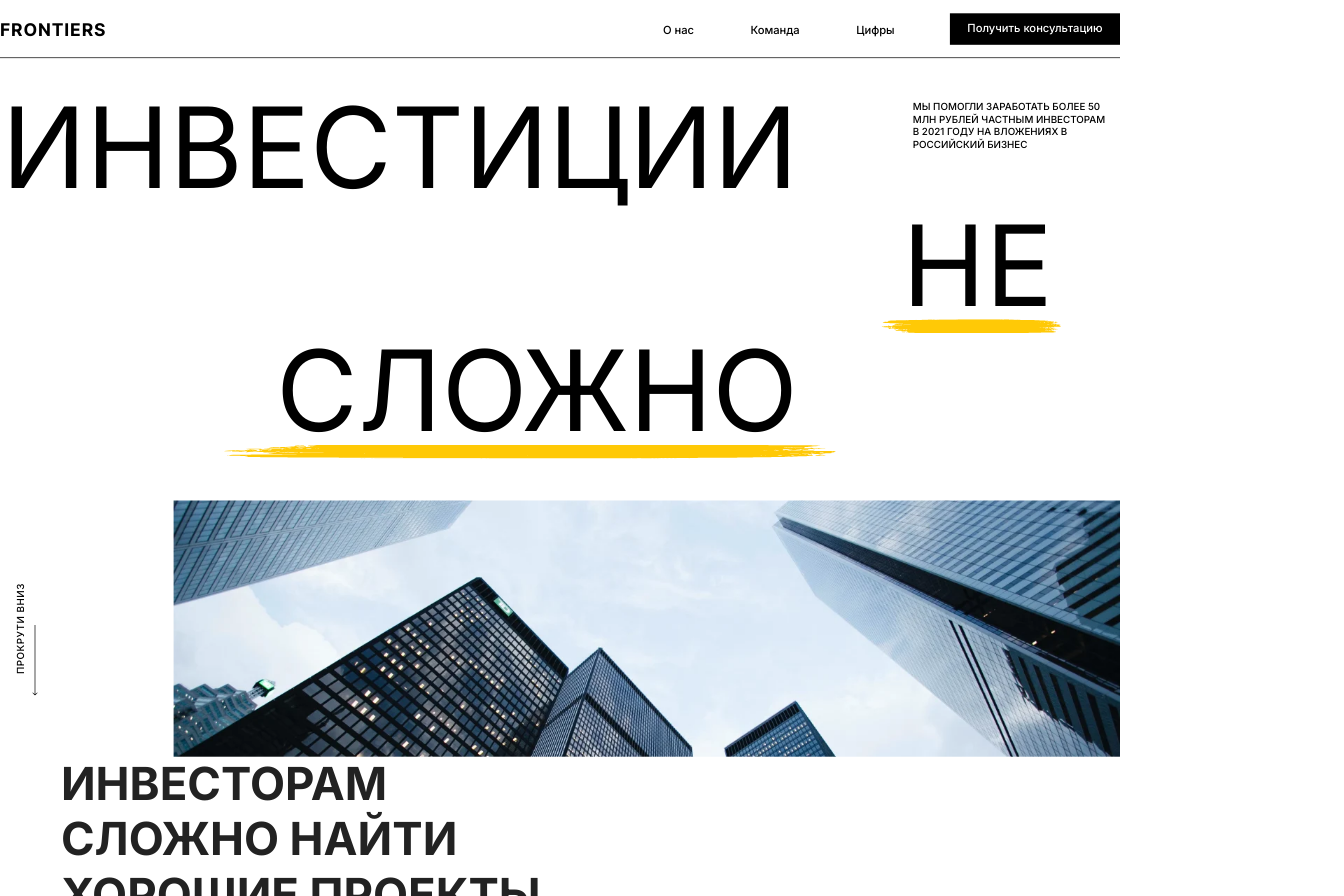
Repository: NadyaKorvin/frontiers
Page: /
The author's editor kept a copy of each file at every save. The page is drawn from the files as they stood at one save, then again after the next save.
The browser window is 1280 px wide. The page is 1920 px wide, so the pictures cover 1920 px, including what lies to the right of the window. The pictures show the part of the page from y = 0 to 1280 px (the page is 2633 px tall), at 70% of full size.
The project was rebuilt for these pictures with package versions that can differ from the ones it lists, and the page was loaded fresh each time.

Above is the page before, as saved 2022-05-26 17:46:18.

### public/index.html
<!DOCTYPE html>
<html lang="en">
  <head>
    <meta charset="utf-8" />
    <link rel="icon" href="%PUBLIC_URL%/favicon.ico" />
    <meta name="viewport" content="width=device-width, initial-scale=1" />
    <meta name="theme-color" content="#000000" />
    <meta name="description" content="Web site created using create-react-app" />
    <link rel="apple-touch-icon" href="%PUBLIC_URL%/logo192.png" />
    <link rel="manifest" href="%PUBLIC_URL%/manifest.json" />
    <link rel="preconnect" href="https://fonts.googleapis.com" />
    <link rel="preconnect" href="https://fonts.gstatic.com" crossorigin />
    <link href="https://fonts.googleapis.com/css2?family=Inter:wght@300;400;500;700&display=swap" rel="stylesheet" />
    <title>FRONTIERS</title>
  </head>
  <body>
    <noscript>You need to enable JavaScript to run this app.</noscript>
    <div id="root"></div>
  </body>
</html>

### src/index.js
import React from "react"
import ReactDOM from "react-dom/client"

import App from "./App"

const root = ReactDOM.createRoot(document.getElementById("root"))
root.render(
  <React.StrictMode>
    <App />
  </React.StrictMode>
)

### src/App.js
import { useState } from "react";
import "./App.css";
import { SecondScreenAnimation } from "./components/secondScreen/SecondScreenAnimation";
import FirstScreen from "./components/firstScreen/FirstScreen";
import LastScreen from "./components/lastScreen/LastScreen";

function App() {
  const [mousePosition, setMousePosition] = useState("");

  const listenUpperMousePosition = (event) => {
    console.log(event);
    console.log(event.target);
    setMousePosition(event.target);
  };

  return (
    <>
      <FirstScreen />
      <div className="App">
        <SecondScreenAnimation listenMousePosition={listenUpperMousePosition} />
      </div>
      <LastScreen />
    </>
  );
}
export default App;

### src/App.css
@import url("./reset.css");
@import url("./components/secondScreen/SecondScreen.css");
@import url("./font/font.css");
@import url("./components/firstScreen/FirstScreen.css");
@import url("./components/lastScreen/LastScreen.css");
@import url("./components/button/Button.css");
@import url("./components/form/Form.css");

body {
  font-family: "Inter";
}

### src/components/secondScreen/SecondScreenAnimation.js
export function SecondScreenAnimation({ listenMousePosition, mousePosition }) {
  let goUp = ""
  const goUpBlackLines = (mousePosition) => {
    if (mousePosition === "animation__text_first_part") {
      goUp = "up"
      return goUp
    }
  }
  goUpBlackLines(mousePosition)
  console.log(goUp)
  return (
    <div className="animation__text_block">
      {goUp != "up" ? (
        <div>
          <div className="animation__text" onMouseOver={listenMousePosition}>
            <p className="animation__text_first_part">Инвесторам сложно найти хорошие проекты,</p>
            <p className="animation__text_second_part">а хорошим проектам — инвестиции.</p>
          </div>
          <div className="animation__black_lines">
            <div className="animation__1th_black_line"></div>
            <div className="animation__2th_black_line"></div>
            <div className="animation__3th_black_line"></div>
          </div>
        </div>
      ) : (
        <div>
          <div className="animation__text" onMouseOver={listenMousePosition}>
            <p className="animation__text_first_part" style={{ color: "#fff" }}>
              Инвесторам сложно найти хорошие проекты,
            </p>
            <p className="animation__text_second_part" style={{ color: "#000" }}>
              а хорошим проектам — инвестиции.
            </p>
          </div>
          <div className="animation__black_lines">
            <div className="animation__1th_black_line" style={{ width: "484px", marginTop: "-475px" }}></div>
            <div className="animation__2th_black_line" style={{ width: "586px" }}></div>
            <div className="animation__3th_black_line" style={{ width: "722px" }}></div>
          </div>
        </div>
      )}
    </div>
  )
}

### src/components/firstScreen/FirstScreen.js
import React from "react";
import image from "./image.webp";

export default function firstScreen() {
  const pointer = (
    <svg
      width="8"
      height="101"
      viewBox="0 0 8 101"
      fill="none"
      xmlns="http://www.w3.org/2000/svg"
    >
      <path
        d="M4.35355 100.356C4.15829 100.551 3.84171 100.551 3.64645 100.356L0.464466 97.1735C0.269204 96.9783 0.269204 96.6617 0.464466 96.4664C0.659728 96.2712 0.976311 96.2712 1.17157 96.4664L4 99.2948L6.82843 96.4664C7.02369 96.2712 7.34027 96.2712 7.53553 96.4664C7.7308 96.6617 7.7308 96.9783 7.53553 97.1735L4.35355 100.356ZM3.5 100.002L3.5 0.00195312H4.5L4.5 100.002H3.5Z"
        fill="black"
      />
    </svg>
  );

  return (
    <>
      <section className="firstscreen">
        <header className="firstscreen__header">
          <div className="firstscreen__logotype">FRONTIERS</div>
          <div className="firstscreen__menu">
            <div className="firstscreen__nav">
              <nav className="firstscreen__nav_team">
                <ul>О нас</ul>
                <ul>Команда</ul>
                <ul>Цифры</ul>
              </nav>
            </div>
            <div className="firstscreen__button">
              <p className="firstscreen__text_btn">Получить консультацию</p>
            </div>
          </div>
        </header>
        <div className="firstscreen__content">
          <div className="firstscreen__content_left_text">
            <p>ИНВЕСТИЦИИ</p>
            <div>
              <p>СЛОЖНО</p>
              <div className="firstscreen__content_vector_complex" />
            </div>
          </div>
          <div className="firstscreen__content_rihgt_text">
            <div className="firstscreen__content_rihgt_text_up">
              <p>
                Мы помогли заработать более 50 млн рублей частным инвесторам в
                2021 году на вложениях в российский бизнес
              </p>
            </div>
            <div className="firstscreen__content_rihgt_text_down">
              <p>НЕ</p>
              <div className="firstscreen__content_vector_not" />
            </div>
          </div>
        </div>
        <div className="firstscreen__content_bottom_content">
          <div className="firstscreen__content_bottom_content_left">
            <div className="firstscreen__content_bottom_content_left_scrolldown">
              <p>ПРОКРУТИ ВНИЗ</p>
            </div>
            <div className="firstscreen__content_pointer">{pointer}</div>
          </div>
          <div className="firstscreen__content_bottom_content_right">
            <img src={image} alt="" className="firstscreen__img" />
          </div>
        </div>
      </section>
    </>
  );
}

### src/components/lastScreen/LastScreen.js
import React from "react";
import Form from "../form/Form"
import LogoKojo from "./LogoKojo"

export default function LastScreen() {
  return (
    <>
      <section className="lastscreen">
        <div className="lastscreen__wrapper">
          <div className="lastscreen__left_content">
            <p>
              ОТПРАВЬТЕ НАМ ЗАЯВКУ НА КОНСУЛЬТАЦИЮ И МЫ ПОДБЕРЕМ ДЛЯ ВАС
              НАИБОЛЕЕ ПОДХОДЯЩУЮ СТРАТЕГИЮ
            </p>
          </div>
          <div className="lastscreen__right_content">
            <div className="lastscreen__text_form">
              <p>ЗАПОЛНИТЕ ФОРМУ И МЫ С ВАМИ СВЯЖЕМСЯ В БЛИЖАЙШЕЕ ВРЕМЯ</p>
            </div>
            <Form />
          </div>
        </div>
        <footer className="lastscreen__footer">
          <div className="lastscreen__contact">
            <p>КОНТАКТЫ</p>
            <p>Санкт-Петербург, Невский пр-кт, 71 (5 этаж)</p>
            <p>+7 000 987 6543</p>
            <p><a href="mailto:info@frontiers.ru" >info@frontiers.ru</a></p>
          </div>
          <div className="lastscreen__design">
            <p>Дизайн и разработка</p>
            <LogoKojo />
          </div>
          <div className="lastscreen__frontiers">
            <p>FRONTIERS</p>
            <p>Политика конфиденциальности</p>
            <p>© 2022 Frontiers Group</p>
          </div>
        </footer>
      </section>
    </>
  );
}

### src/reset.css
html,
body,
div,
span,
applet,
object,
iframe,
h1,
h2,
h3,
h4,
h5,
h6,
p,
blockquote,
pre,
a,
abbr,
acronym,
address,
big,
cite,
code,
del,
dfn,
em,
img,
ins,
kbd,
q,
s,
samp,
small,
strike,
strong,
sub,
sup,
tt,
var,
b,
u,
i,
center,
dl,
dt,
dd,
ol,
ul,
li,
fieldset,
form,
label,
legend,
table,
caption,
tbody,
tfoot,
thead,
tr,
th,
td,
article,
aside,
canvas,
details,
embed,
figure,
figcaption,
footer,
header,
hgroup,
menu,
nav,
output,
ruby,
section,
summary,
time,
mark,
audio,
video {
  margin: 0;
  padding: 0;
  border: 0;
  font-size: 100%;
  font: inherit;
  vertical-align: baseline;
}

:focus {
  outline: 0;
}

article,
aside,
details,
figcaption,
figure,
footer,
header,
hgroup,
menu,
nav,
section {
  display: block;
}

body {
  line-height: 1;
}

ol,
ul {
  list-style: none;
}

blockquote,
q {
  quotes: none;
}

blockquote:before,
blockquote:after,
q:before,
q:after {
  content: "";
  content: none;
}

table {
  border-collapse: collapse;
  border-spacing: 0;
}

input[type="search"]::-webkit-search-cancel-button,
input[type="search"]::-webkit-search-decoration,
input[type="search"]::-webkit-search-results-button,
input[type="search"]::-webkit-search-results-decoration {
  -webkit-appearance: none;
  -moz-appearance: none;
}

input[type="search"] {
  -webkit-appearance: none;
  -moz-appearance: none;
  -webkit-box-sizing: content-box;
  -moz-box-sizing: content-box;
  box-sizing: content-box;
}

textarea {
  overflow: auto;
  vertical-align: top;
  resize: vertical;
}

[hidden] {
  display: none;
}

html {
  font-size: 100%; /* 1 */
  -webkit-text-size-adjust: 100%; /* 2 */
  -ms-text-size-adjust: 100%; /* 2 */
}

a:focus {
  outline: thin dotted;
}

a:active,
a:hover {
  outline: 0;
}

img {
  border: 0;
  -ms-interpolation-mode: bicubic;
}

figure {
  margin: 0;
}

form {
  margin: 0;
}

fieldset {
  border: 1px solid #c0c0c0;
  margin: 0 2px;
  padding: 0.35em 0.625em 0.75em;
}

legend {
  border: 0; /* 1 */
  padding: 0;
  white-space: normal; /* 2 */
  *margin-left: -7px; /* 3 */
}

button,
input,
select,
textarea {
  font-size: 100%; /* 1 */
  margin: 0; /* 2 */
  vertical-align: baseline; /* 3 */
  *vertical-align: middle; /* 3 */
}

button,
input {
  line-height: normal;
}

button,
select {
  text-transform: none;
}

button,
html input[type="button"], /* 1 */
input[type="reset"],
input[type="submit"] {
  -webkit-appearance: button; /* 2 */
  cursor: pointer; /* 3 */
  *overflow: visible; /* 4 */
}

button[disabled],
html input[disabled] {
  cursor: default;
}

input[type="checkbox"],
input[type="radio"] {
  box-sizing: border-box; /* 1 */
  padding: 0; /* 2 */
  *height: 13px; /* 3 */
  *width: 13px; /* 3 */
}

input[type="search"] {
  -webkit-appearance: textfield; /* 1 */
  -moz-box-sizing: content-box;
  -webkit-box-sizing: content-box; /* 2 */
  box-sizing: content-box;
}

input[type="search"]::-webkit-search-cancel-button,
input[type="search"]::-webkit-search-decoration {
  -webkit-appearance: none;
}

button::-moz-focus-inner,
input::-moz-focus-inner {
  border: 0;
  padding: 0;
}

textarea {
  overflow: auto; /* 1 */
  vertical-align: top; /* 2 */
}

table {
  border-collapse: collapse;
  border-spacing: 0;
}

html,
button,
input,
select,
textarea {
  color: #222;
}

::-moz-selection {
  background: #b3d4fc;
  text-shadow: none;
}

::selection {
  background: #b3d4fc;
  text-shadow: none;
}

img {
  vertical-align: middle;
}

fieldset {
  border: 0;
  margin: 0;
  padding: 0;
}

textarea {
  resize: vertical;
}

.chromeframe {
  margin: 0.2em 0;
  background: #ccc;
  color: #000;
  padding: 0.2em 0;
}

### src/components/secondScreen/SecondScreen.css
.second__screen {
  display: flex;
  justify-content: space-between;
  margin: 0 auto;
  margin-top: 174px;
  /* придкмать решение сделать по центру*/
  display: flex;
  width: 1600px;
  height: 733px;
}

.animation__text_block {
  display: block;
  margin-left: 87px;
}

.animation__text_first_part,
.animation__text_second_part {
  width: 770px;
  text-transform: uppercase;
  font-size: 65px;
  font-weight: 700;
  line-height: 79px;
  transition: 0.6s ease-out;
}

.animation__text_second_part {
  color: #fff;
}

.animation__black_lines {
  margin-left: -10px;
  margin-top: -236px;
}

.animation__1th_black_line {
  margin-bottom: 5px;
  height: 75px;
  width: 444px;
  background-color: #000;
  transition: 0.6s ease-out;
}

.animation__2th_black_line {
  margin-bottom: 5px;
  height: 75px;
  width: 475px;
  background-color: #000;
  transition: 0.6s ease-out;
}
.animation__3th_black_line {
  height: 75px;
  width: 502px;
  background-color: #000;
  transition: 0.6s ease-out;
}

.right__part {
  display: flex;
  margin-left: 190px;
  flex-direction: column;
}

.conversation__image {
  margin-right: 222px;
  display: block;
  width: 400px;
  height: 400px;
  background: url("../secondScreen/people.png");
}

.decoration_marks {
  margin-top: -110px;
  transform: rotate(-180deg);
  font-size: 200px;
  font-weight: 300;
}

.text_paragraph {
  margin-left: 90px;
  width: 431px;
  font-size: 18px;
  font-weight: 400;
  line-height: 23px;
  text-transform: uppercase;
  line-height: 130%;
}

### src/font/font.css
@font-face {
  font-family: "Inter";
  src:
    url("./Inter-Bold.ttf") format("truetype")
    url("./Inter-Bold.woff2") format("woff2"),
    url("./Inter-Bold.woff") format("woff");
  font-weight: 700;
  font-style: normal;
  font-stretch: normal;
  unicode-range: U+0020-E0D0;
}

@font-face {
  font-family: "Inter";
  src:
    url("./Inter-Regular.woff2") format("woff2"),
    url("./Inter-Regular.ttf") format("truetype")
    url("./Inter-Regular.woff") format("woff");
  font-weight: 400;
  font-style: normal;
  font-stretch: normal;
  unicode-range: U+0020-E0D0;
}

@font-face {
    font-family:'Inter Medium';
    src:
        url("./Inter-Medium.ttf") format("truetype")
        url('Inter-Medium.woff2') format('woff2'),
		url('Inter-Medium.woff') format('woff');
    font-weight: 500;
    font-style: normal;
    font-stretch: normal;
    unicode-range: U+0020-E0D0;
}

@font-face {
    font-family:'Inter Light';
    src:
        url("./Inter-Light.ttf") format("truetype")
        url('Inter-Light.woff2') format('woff2'),
		url('Inter-Light.woff') format('woff');
    font-weight: 300;
    font-style: normal;
    font-stretch: normal;
    unicode-range: U+0020-E0D0;
}

### src/components/firstScreen/FirstScreen.css
.firstscreen {
  height: 1080px;
}

.firstscreen__header {
  width: 1600px;
  height: 82px;
  margin: 0 auto;
  border-bottom: 1px solid #000000;
  display: flex;
  justify-content: space-between;
}

.firstscreen__logotype {
  width: 151px;
  height: 30px;
  padding-top: 27px;
  font-family: "Inter";
  font-style: normal;
  font-weight: 700;
  font-size: 25px;
  line-height: 30px;
  letter-spacing: 0.05em;
  color: #000000;
}

.firstscreen__menu {
  width: 653px;
  display: flex;
  justify-content: space-between;
}

.firstscreen__nav {
  margin-top: 33px;
  width: 331px;
}

.firstscreen__nav_team {
  display: flex;
  justify-content: space-between;
  font-family: "Inter";
  font-style: normal;
  font-weight: 500;
  font-size: 16px;
  line-height: 19px;
  color: #000000;
}

.firstscreen__button {
  margin-top: 19px;
  width: 243px;
  height: 45px;
  background: #000000;
}

.firstscreen__text_btn {
  padding-top: 12px;
  padding-bottom: 12px;
  font-family: "Inter";
  font-style: normal;
  font-weight: 500;
  font-size: 16px;
  line-height: 19px;
  text-align: center;
  color: #ffffff;
}

.firstscreen__content {
  margin: 0 auto;
  width: 1600px;
  margin-top: 30px;
  display: flex;
}

.firstscreen__content_left_text {
  width: 1140px;
  height: 542px;
  display: flex;
  flex-direction: column;
  justify-content: space-between;
  text-align: end;
  font-family: "Inter";
  font-style: normal;
  font-weight: 400;
  font-size: 160px;
  line-height: 194px;
  text-transform: uppercase;
  color: #000000;
}

.firstscreen__content_vector_complex {
  margin-top: -20px;
  margin-left: 320px;
  width: 874px;
  height: 20px;
  background: url("./complex.svg");
}

.firstscreen__content_rihgt_text {
  margin-top: 30px;
  margin-left: 164px;
  width: 279px;
  height: 332px;
}

.firstscreen__content_rihgt_text_up {
  font-family: "Inter";
  font-style: normal;
  font-weight: 500;
  font-size: 14px;
  line-height: 130%;
  text-transform: uppercase;
  color: #000000;
}

.firstscreen__content_rihgt_text_down {
  margin-top: 66px;
  margin-left: -15px;
  width: 215px;
  height: 194px;
  font-family: "Inter";
  font-style: normal;
  font-weight: 400;
  font-size: 160px;
  line-height: 194px;
  text-transform: uppercase;
  color: #000000;
}

.firstscreen__content_vector_not {
  margin-top: -20px;
  margin-left: -30px;
  width: 256px;
  height: 20px;
  background: url(./not.svg);
}

.firstscreen__content_bottom_content {
  margin: 0 auto;
  margin-top: 60px;
  width: 1600px;
  display: flex;
  justify-content: space-between;
}

.firstscreen__content_bottom_content_left {
  display: flex;
}

.firstscreen__content_bottom_content_left_scrolldown {
  margin-left: 139px;
  font-family: "Inter";
  font-style: normal;
  font-weight: 500;
  font-size: 14px;
  line-height: 17px;
  letter-spacing: 0.05em;
  color: #000000;
  transform: rotate(-90deg);
}

.firstscreen__content_pointer {
  margin-top: 178px;
  margin-left: -223px;
}

.firstscreen__content_bottom_content_right {
  max-width: 1352px;
  max-height: 366px;
}

.firstscreen__img {
  background: url();
}

### src/components/lastScreen/LastScreen.css
.lastscreen {
  width: 1920px;
  height: 1080px;
}

.lastscreen__wrapper {
  position: relative;
  top: 109px;
  left: 170px;
  display: flex;
  justify-content: space-between;
  width: 1590px;
  height: 553px;
}

.lastscreen__left_content {
  position: relative;
  width: 775px;
  height: 553px;
  box-sizing: border-box;
  font-family: "Inter";
  font-style: normal;
  font-weight: 700;
  font-size: 65px;
  line-height: 79px;
  text-transform: uppercase;
  color: #000000;
}

.lastscreen__right_content {
  position: relative;
  width: 529px;
  height: 553px;
}

.lastscreen__text_form {
  width: 529px;
  height: 46px;
  left: 1231px;
  top: 4438px;
  font-family: "Inter";
  font-style: normal;
  font-weight: 400;
  font-size: 18px;
  line-height: 130%;
  text-transform: uppercase;
  color: #000000;
}

.lastscreen__footer {
  position: relative;
  margin: 308px 160px 0;
  width: 1600px;
  border-top: 1px solid #000000;
  bottom: 0px;
  display: flex;
  justify-content: space-between;
}

.lastscreen__contact {
  width: 357px;
}

.lastscreen__contact > p:nth-child(1) {
  padding: 33px 0 20px;
  font-family: "Inter";
  font-style: normal;
  font-weight: 700;
  font-size: 25px;
  line-height: 30px;
  color: #000000;
}

.contact > p:nth-child(2),
.contact > p:nth-child(3),
.contact > p:nth-child(4) {
  padding-bottom: 15px;
}

.design {
  padding-top: 150px;
  width: 260px;
  display: flex;
  margin-left: -80px;
  justify-content: space-between;
}

.frontiers {
  width: 250px;
  text-align: end;
}

.lastscreen__frontiers > p:nth-child(1) {
    padding: 30px 0 57px;
    font-family: "Inter";
    font-style: normal;
    font-weight: 700;
    font-size: 25px;
    line-height: 30px;
    color: #000000;
  }

.lastscreen__frontiers > p:nth-child(2),
.lastscreen__frontiers > p:nth-child(3) {
    padding-bottom: 15px;
}

a {
    text-decoration: none;
    color: #000000;
}

### src/components/button/Button.css
.form__button {
  position: relative;
  display: block;
  width: 243px;
  height: 55px;
  font-family: "Inter";
  font-size: 16px;
  background-color: #000000;
  border: 0;
  text-align: center;
  cursor: pointer;
  font-family: "Inter";
  font-style: normal;
  font-weight: 500;
  font-size: 16px;
  line-height: 19px;
  color: #ffffff;
}

### src/components/form/Form.css
.form {
  margin-top: 60px;
  width: 529px;
  height: 355px;
  border-top: 1px solid #d1d1d1;
}

.form__input,
.form__textarea {
  width: 529px;
  height: 80px;
  border: 0;
  outline: none;
  font-size: 18px;
  color: #000000;
  text-transform: uppercase;
}

.form__textarea {
  height: 80px;
  line-height: 80px;
  overflow: hidden;
  /* resize: none; */
}

.form__borders {
  border-bottom: 1px solid #d1d1d1;
}

.form__consent {
  display: -webkit-box;
  display: -ms-flexbox;
  display: flex;
  margin: 30px 0 0;
}

.form__policy_text {
  margin-top: 15px;
  margin-left: 15px;
  width: 250px;
  height: 40px;
  box-sizing: border-box;
  font-family: "Inter";
  font-style: normal;
  font-weight: 400;
  font-size: 13px;
  line-height: 150%;
  color: #787878;
}

.form__checkbox {
  opacity: 0;
  width: 0;
}

.form__checkfake {
  margin: 15px 0;
  display: block;
  width: 15px;
  height: 15px;
  border: 1px solid #1f1f1f;
  cursor: pointer;
}

.form__checkfake::before {
  content: "";
  position: absolute;
  display: block;
  width: 14px;
  height: 14px;
  background: url("./checkmark.svg");
  opacity: 0;
}

.form__checkbox:checked + .form__checkfake::before {
  opacity: 1;
}

.form__focus {
  text-transform: uppercase;
  color: #ff0000;
  margin-bottom: 10px;
  font-size: 13px;
}

.form__focus_consent {
  position: relative;
  top: 10px;
  text-transform: uppercase;
  color: #ff0000;
  font-size: 13px;
}

.form__btn {
    margin-top: 14px;
  position: relative;
  overflow: hidden;
}

### src/components/button/Button.js
import React from "react";

export default function Button({ title }) {
  return (
    <>
      <button className="form__button" >
        {title}
      </button>
    </>
  );
}

Loaded but not shown: src/components/lastScreen/LogoKojo.js (76 lines, source omitted); src/components/form/Form.js (142 lines, source omitted)

After the next save:
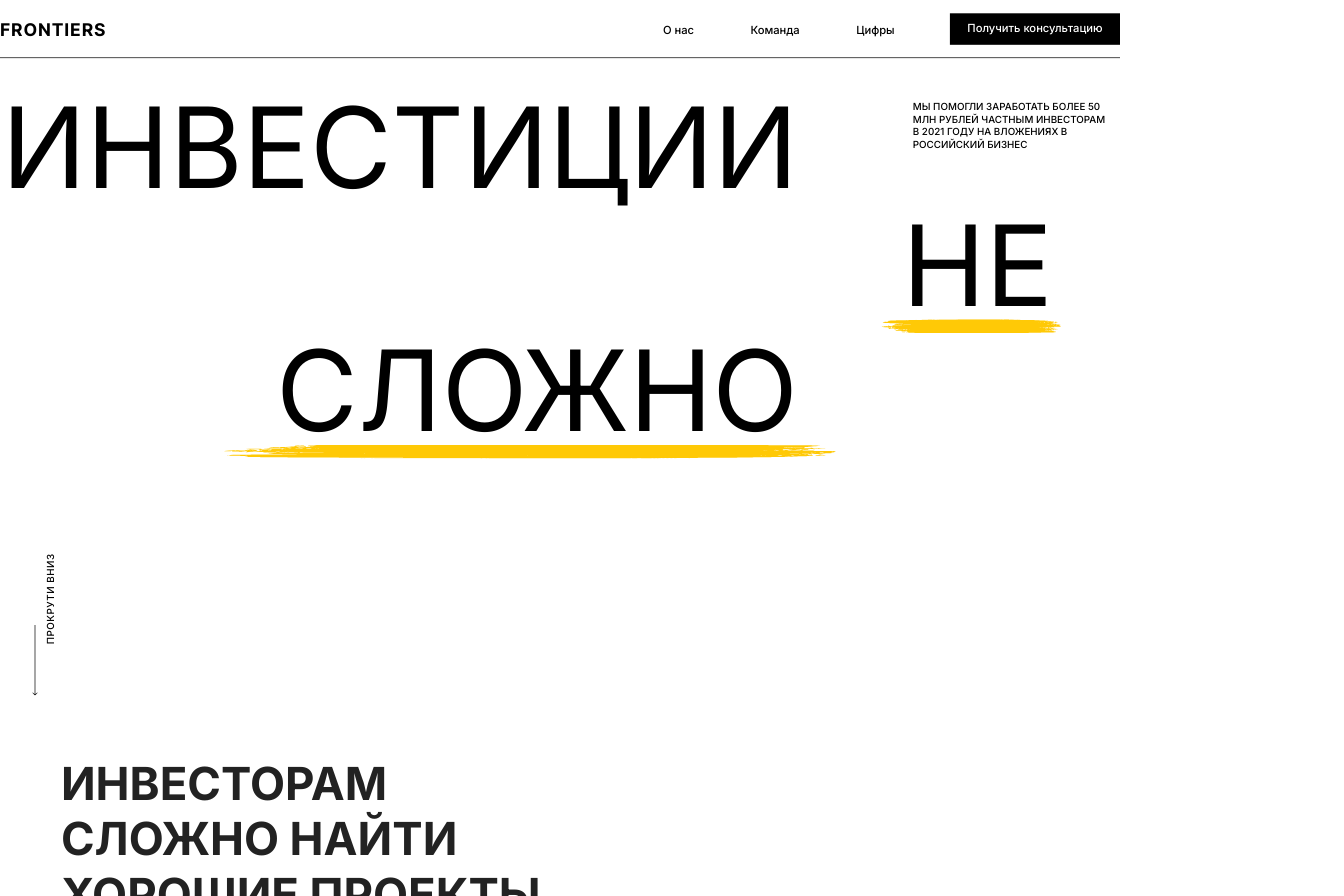
Saved 25 s later.
--- a/src/components/firstScreen/FirstScreen.js
+++ b/src/components/firstScreen/FirstScreen.js
@@ -64,7 +64,7 @@ export default function firstScreen() {
             <div className="firstscreen__content_pointer">{pointer}</div>
           </div>
           <div className="firstscreen__content_bottom_content_right">
-            <img src={image} alt="" className="firstscreen__img" />
+            <div src={image} alt="" className="firstscreen__img" />
           </div>
         </div>
       </section>
